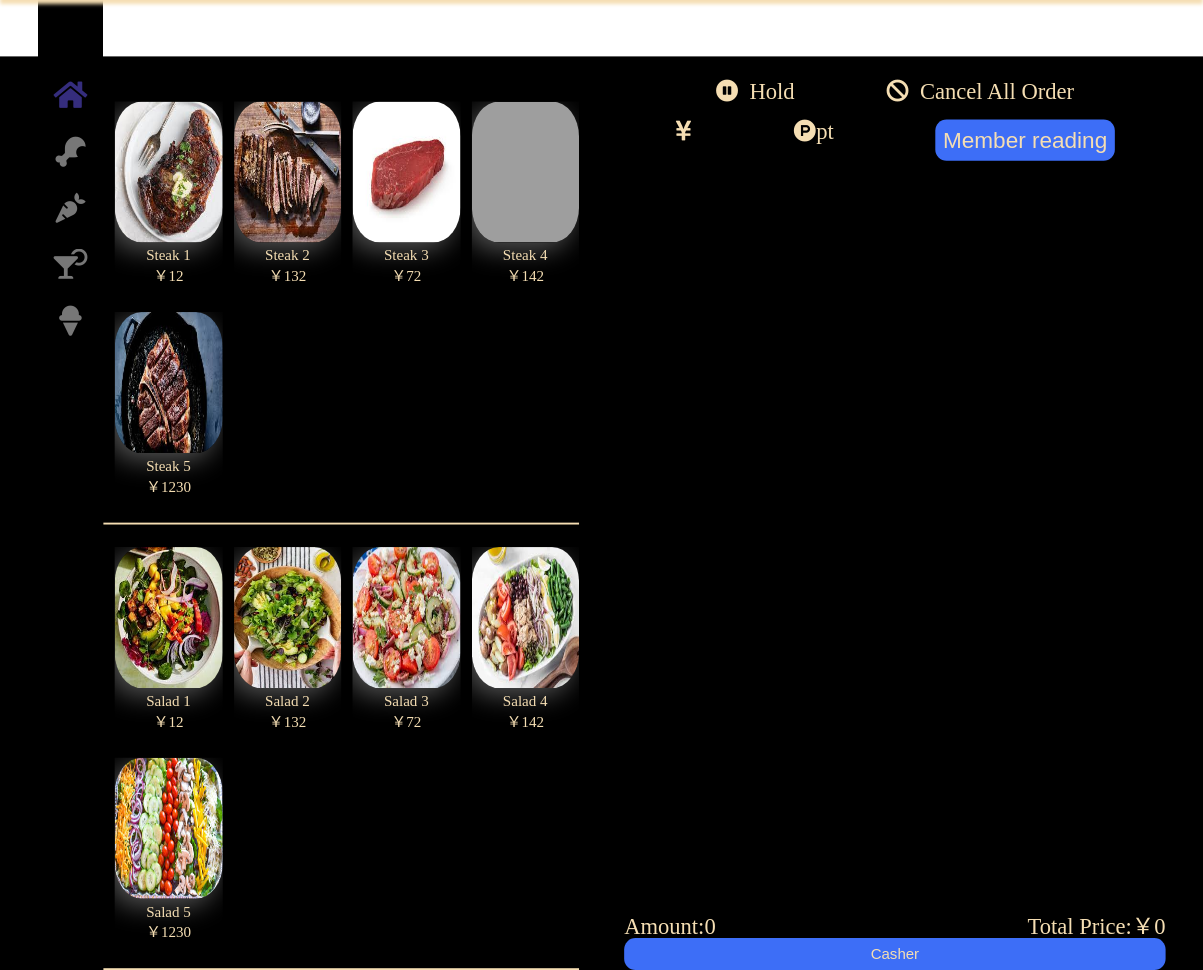
Repository: vuhungson158/Menu
Page: /
These files come from the project's save history. The page is drawn as it stood at one moment and after the next save; the edit follows.
The browser window is 1280 px wide. The pictures show the whole page, at 94% of full size.
Pictures or frames that could not be fetched are drawn as grey boxes. The project was rebuilt for these pictures with package versions that can differ from the ones it lists, and the page was loaded fresh each time. Also part of the build but not shown: src/component/mainMenu/orderBlock/orderContent/OrderedItem.jsx, src/redux-store/actions/HoldActions.jsx, src/component/mainMenu/orderBlock/utilities/HoldItem.jsx.

Above is the page before, as saved 2021-08-22 10:25:54.

After the next save:
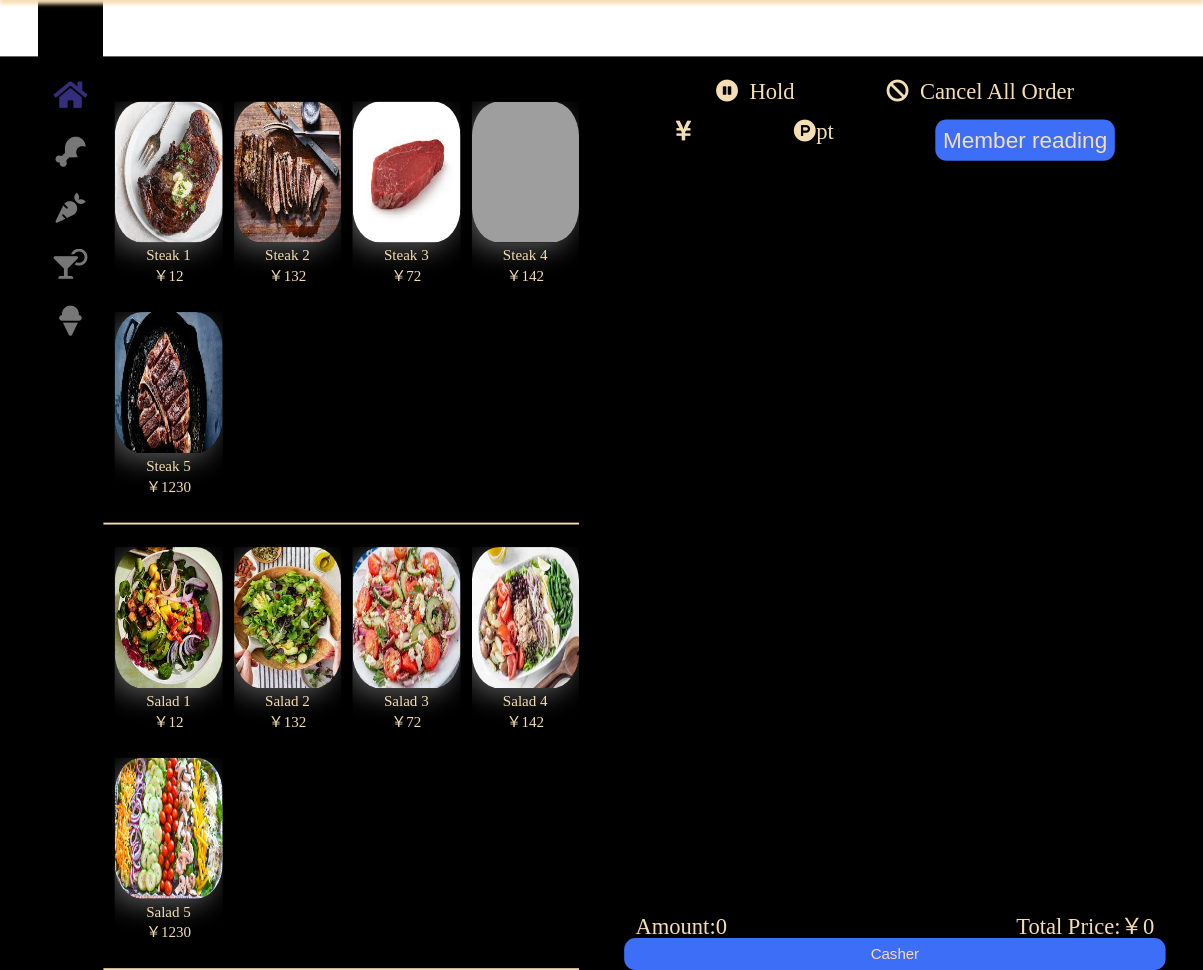
Saved 26 s later.
--- a/src/styles/App.scss
+++ b/src/styles/App.scss
@@ -336,6 +336,7 @@ body {
                     justify-content: space-between;
                     color: $color_1st;
                     font-size: 1.5rem;
+                    margin: 0 12px;
                 }
                 #casher-btn {
                     border-radius: 12px;
